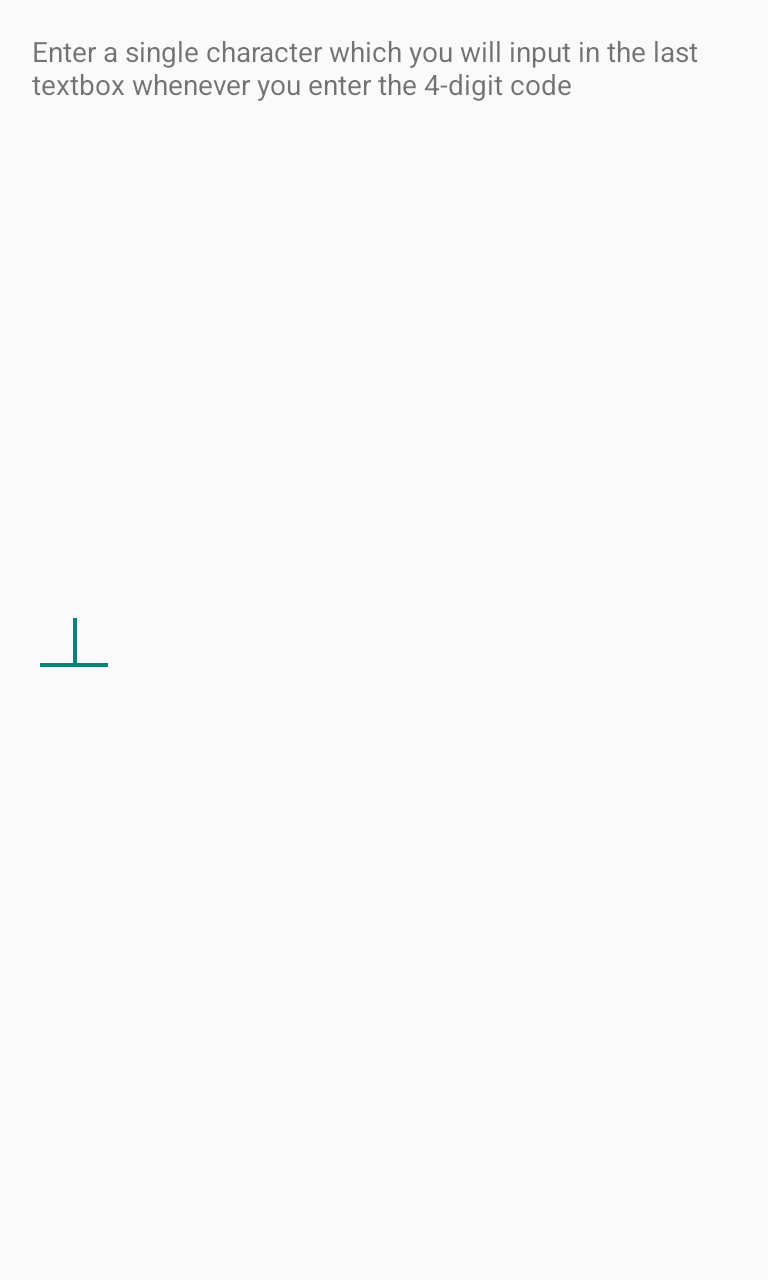
Repository: japheth-starita/DoorLockSystem
Layout: DoorLockSystem/res/layout/user_input_box.xml
An editor plug-in stored every save of this project. The layout is shown before and after the next save, followed by the edit.
It is drawn on a 768 x 1280 px phone screen (xhdpi) without system bars, with theme AppTheme; the app's code is not run.

Above is the layout before, as saved 2015-12-19 09:28:39.

After the next save:
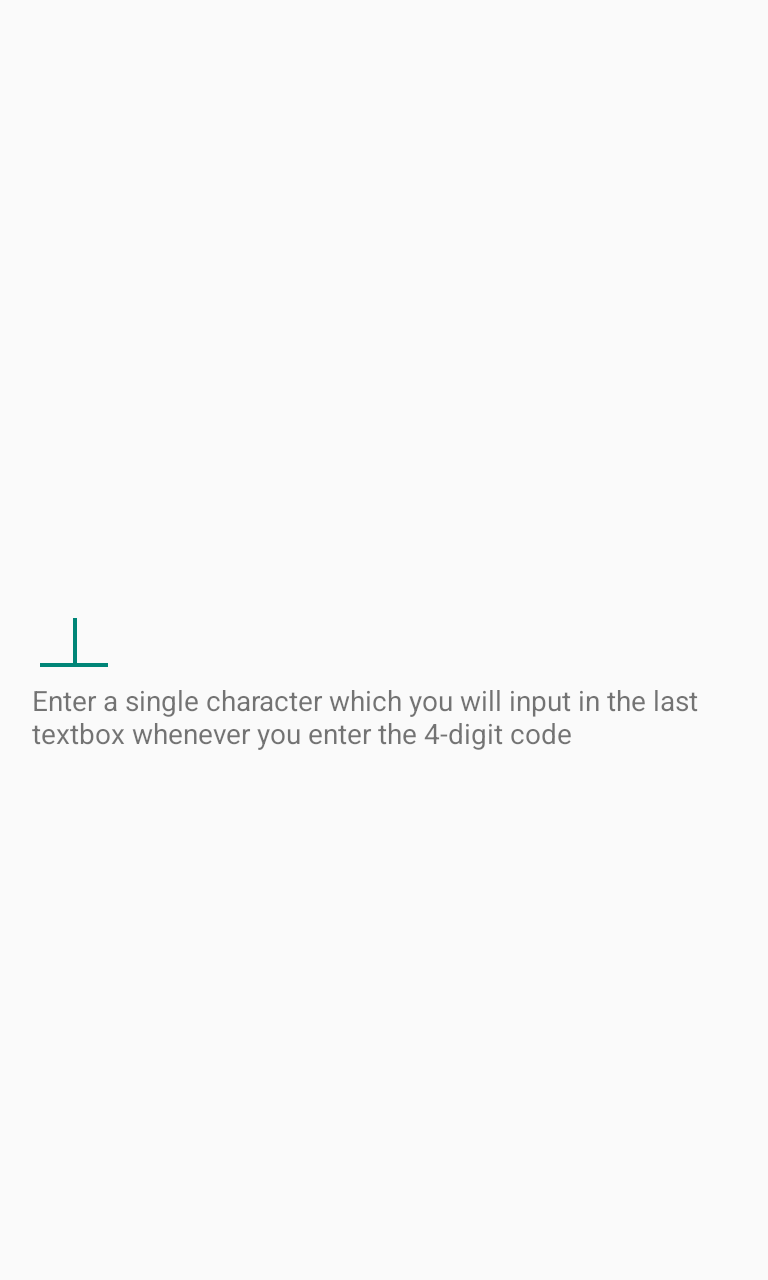
Saved 21 s later.
--- a/DoorLockSystem/res/layout/user_input_box.xml
+++ b/DoorLockSystem/res/layout/user_input_box.xml
@@ -19,6 +19,7 @@
 
     <TextView
         android:id="@+id/instruction"
+        android:layout_below="@+id/inputverifychar"
         android:layout_width="wrap_content"
         android:layout_height="wrap_content"
         android:text="Enter a single character which you will input in the last textbox whenever you enter the 4-digit code" />
